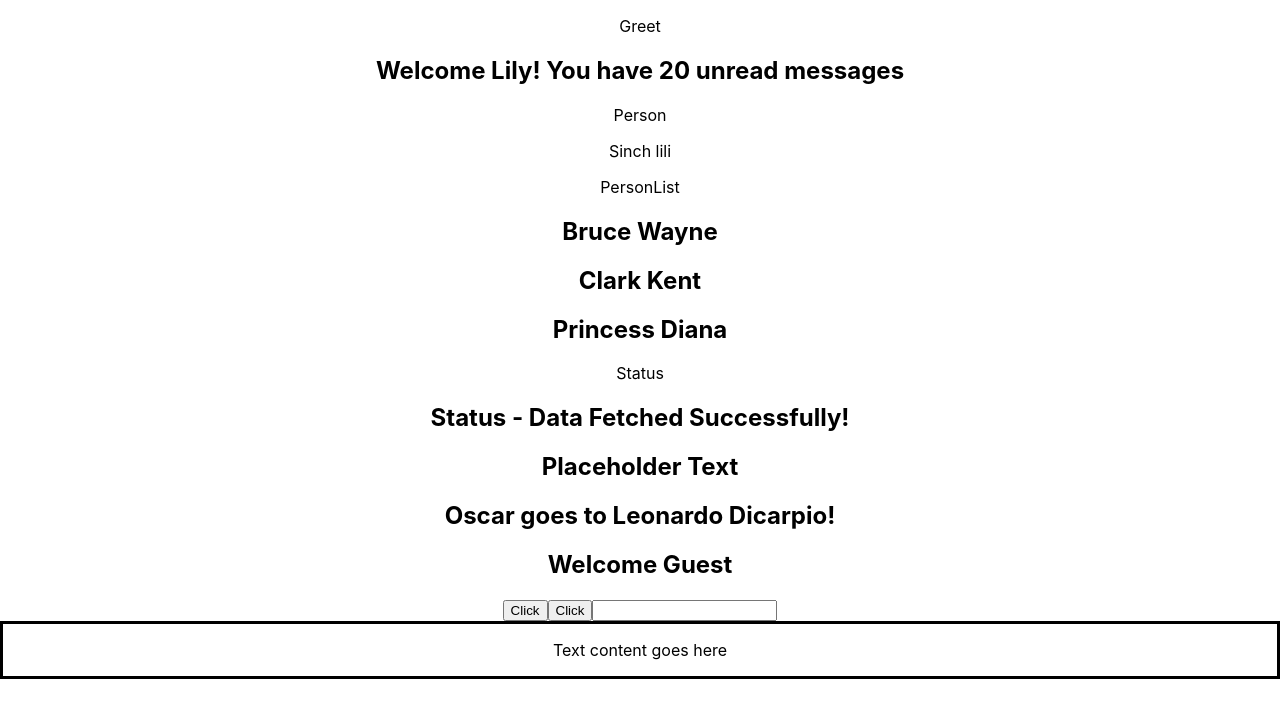
Repository: sinchana-P/react-typescript-demo
Page: /
These files come from the project's save history. The page is drawn as it stood at one moment and after a run of saves; the edit follows.
The browser window is 1280 px wide. The pictures show the whole page.
The project was rebuilt for these pictures with package versions that can differ from the ones it lists, and the page was loaded fresh each time.

Above is the page before, as saved 2023-12-03 13:50:19.

### src/App.tsx
import { log } from 'console';
import './App.css';
import Button from './components/Button';
import { Greet } from './components/Greet';
import Heading from './components/Heading';
import Oscar from './components/Oscar';
import Person from './components/Person';
import PersonList from './components/PersonList';
import Status from './components/Status';
import { Input } from './components/Input';
import { Container } from './components/Container';

// Type Inference: hover on App Component: to see the return type of App Component.
function App() {

  const personName = {
    first: "Sinch",
    last: "lili"
  }

  const nameList = [
    {
      first: "Bruce",
      last: "Wayne"
    },
    {
      first: "Clark",
      last: "Kent"
    },
    {
      first: "Princess",
      last: "Diana"
    }
  ]

  return (
    <div className="App">
      <p>Greet</p>
      <Greet name="Lily" messageCount={20} isLoggedIn={ true } />

      <p>Person</p>
      <Person name={personName} />

      <p>PersonList</p>
      <PersonList names={nameList} />

      <p>Status</p>
      <Status status="success" />
      <Heading>Placeholder Text</Heading>
      <Oscar>
        <Heading>Oscar goes to Leonardo Dicarpio!</Heading>
      </Oscar>
      <Greet name="Lily" isLoggedIn={ false } />
      {/* 6. Event Props */}
      <Button handleClick={() => {
        console.log('Button Clicked');
      }} />
      <Button handleClick={(event, id) => {
        console.log('Button Clicked', event, id);
      }} />
      <Input value='' handleChange={event => console.log(event)} />

      {/* 7. Style Props  */}
      <Container styles={{ border: '3px solid black', padding: '1rem' }} />


    </div>
  );
}

export default App;

### src/components/Button.tsx
import React from 'react'

type ButtonProps = {
  // handleClick: () => void
  handleClick: (event: React.MouseEvent<HTMLButtonElement>, id: number) => void
}

const Button = (props: ButtonProps) => {
  return (
    <button onClick={(event) => props.handleClick(event, 1)}>Click</button>
  )
}

export default Button

### src/components/Greet.tsx
import React from 'react'

type GreetProps = {
    name: string
    messageCount?: number   // to make it optional
    isLoggedIn: boolean
}

export const Greet = (props: GreetProps) => {
  const { messageCount = 0 } = props     // destructuring object & assigning a default value
  return (
    <h2>
      {
        props.isLoggedIn
          ? `Welcome ${props.name}! You have ${messageCount} unread messages`
          : `Welcome Guest`
      }

    </h2>
  )
}

// export default Greet


// 2 benefits
// 1. Autocompletion of properties suggestion
// 2. Type Safety

// Types vs Interfaces
// 1. use Types - for Application
// 2. use Interfaces - for Libraries

### src/components/Heading.tsx
import React from 'react'

type HeadingProps = {
    children: string
}

const Heading = (props: HeadingProps) => {
  return (
      <h2>{props.children}</h2>
  )
}

export default Heading

### src/components/Oscar.tsx
import React from 'react'

type OscarProps = {
    // children: string   --- wrong ---
    children: React.ReactNode
}

const Oscar = (props: OscarProps) => {
  return (
      <div>{ props.children }</div>
  )
}

export default Oscar

### src/components/Person.tsx
import React from 'react'

import { PersonProps } from './Person.types'

// type PersonProps = {
//     name: {
//         first: string
//         last: string
//     }
// }

const Person = (props: PersonProps) => {
    return (
        <div>{ props.name.first }  { props.name.last }</div>
  )
}

export default Person

### src/components/PersonList.tsx
import React from 'react'

type PersonListProps = {
    names: {
        first: string
        last: string
    }[]     // array of objects
}

const PersonList = (props: PersonListProps) => {
  return (
      <div>

          {
              props.names.map((name, index) => {
                  return (
                      <h2 key={index}>{name.first} { name.last }</h2>
                  )
              })
          }

          {/* <h2>Bruce Wayne</h2>
          <h2>Clark Kent</h2>
          <h2>Princess Diana</h2> */}
    </div>
  )
}

export default PersonList

### src/components/Status.tsx
import React from 'react'

type StatusProps = {
    // status: string
    status: 'loading' | 'success' | 'error'
}

const Status = (props: StatusProps) => {
    let message;
    if (props.status === 'loading') {
        message = 'Loading...'
    } else if (props.status === 'success') {
        message = 'Data Fetched Successfully!'
    } else if (props.status === 'error') {
        message = 'Error Fetching Data'
    }
  return (
    <div>
          <h2>Status - { message }</h2>
    </div>
  )
}

export default Status

### src/components/Input.tsx
import React from 'react'

type InputProps = {
    value: string
    handleChange: (event: React.ChangeEvent<HTMLInputElement>) => void
}

export const Input = ({ value, handleChange }: InputProps) => {

    const handleInputChange = (event: React.ChangeEvent<HTMLInputElement>) => {
        console.log(event);
    }

    return <input type='text' value={value} onChange={handleInputChange} />
}


// export const Input = (props: InputProps) => {

//     const handleInputChange = (event: React.ChangeEvent<HTMLInputElement>) => {
//         console.log(event);
//     }

//     return <input type='text' value={props.value} onChange={handleInputChange} />
// }

// export const Input = (props: InputProps) => {
//   return <input type='text' value={props.value} onChange={props.handleChange} />
// }



// Note:
// It doesn't matter if u pass the event as a prop or define it within the component,
// Typing Event Arguments remain the same.

// 1. onClick
// 2. onChange

### src/components/Container.tsx
// 7. Style Props

import React from 'react'

type ContainerProps = {
    styles: React.CSSProperties
}

export const Container = (props: ContainerProps) => {
  return (
        <div style={props.styles}>
          Text content goes here
        </div>
        // <div style={{ border: '1px solid black', padding: '1rem' }}>
        //   Text content goes here
        // </div>
  )
}

Loaded but not shown: public/index.html (common file); src/index.tsx (common file); src/index.css (common file); src/reportWebVitals.ts (common file); src/App.css (common file)

After the next 3 saves:
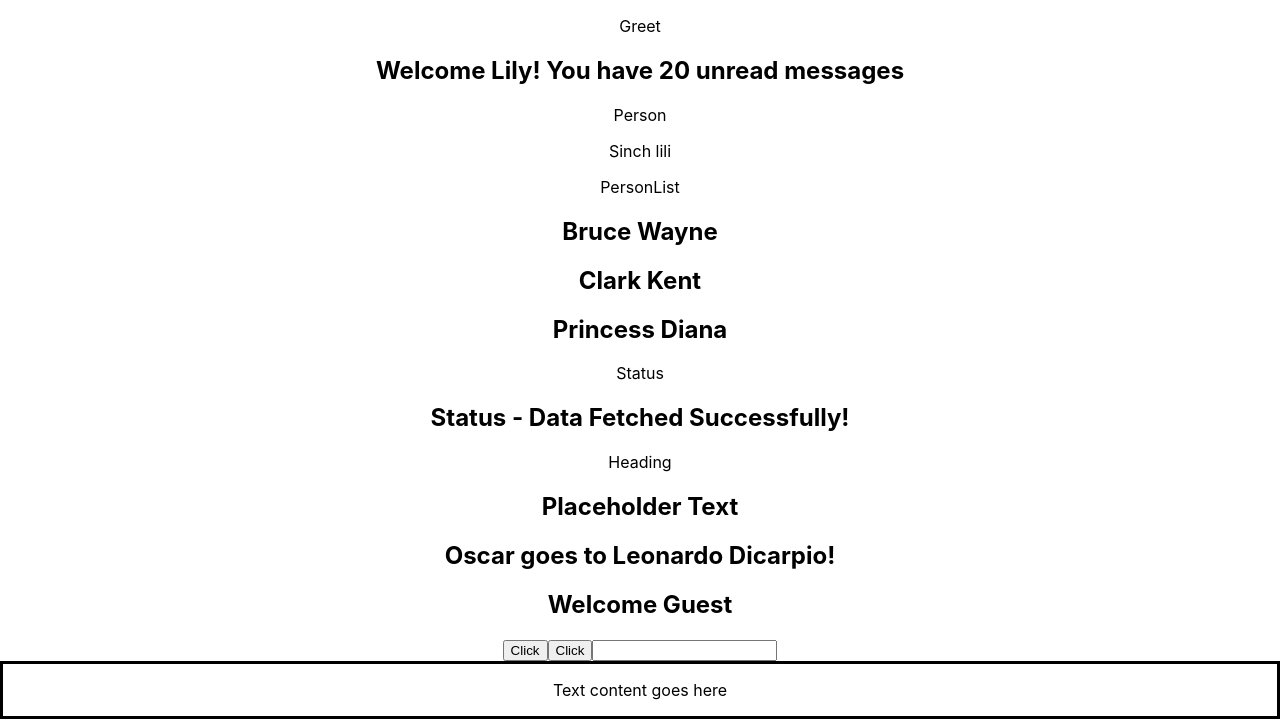
The 3 saves are shown as one change because they came seconds apart.
The last was saved 9 s later.
--- a/src/App.tsx
+++ b/src/App.tsx
@@ -46,6 +46,8 @@ function App() {
 
       <p>Status</p>
       <Status status="success" />
+
+      <p>Heading</p>
       <Heading>Placeholder Text</Heading>
       <Oscar>
         <Heading>Oscar goes to Leonardo Dicarpio!</Heading>
